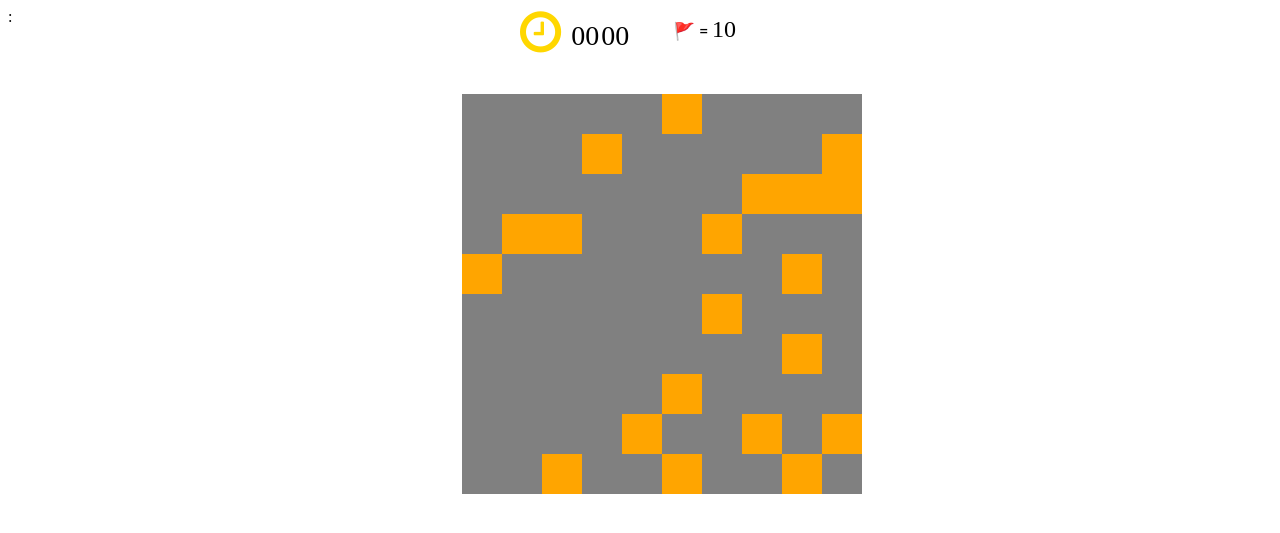
Repository: issaRan/MineSweeper
Page: html/index.html
These files come from the project's save history. The page is drawn as it stood at one moment and after the next save; the edit follows.
The browser window is 1280 px wide. The pictures show the whole page.

Above is the page before, as saved 2020-10-23 17:25:27.

### html/index.html
<!DOCTYPE html>
<html lang="en">
<head>
    <meta charset="UTF-8">
    <meta name="viewport" content="width=device-width, initial-scale=1.0">
    <title>MineSweeper</title>
    <link rel="stylesheet" href="../css/styles.css">
    <link rel="stylesheet" href="https://cdnjs.cloudflare.com/ajax/libs/font-awesome/4.7.0/css/font-awesome.min.css">
    <script src="../js/index.js" charset="utf-8"></script>
</head>
<body>
  <div class="flags">🚩 = </div><div class="numOfFlag">10</div>
  <div class="grid"></div>
  <i class="fa fa-clock-o" ></i>
  <label id="minutes">00</label><label id="points">:</label><label id="seconds">00</label>
</body>
</html>

### css/styles.css
.grid {
    height: 400px;
    width: 400px;
    display: flex;
    flex-wrap: wrap;
    background-color: grey;
    position: absolute;
    top: 20%;
    left: 40%;
    margin-top: -50px;
    margin-left: -50px;
    border:1px solid 1px
}
h1{
    position: absolute;
    text-align: center;
}
.fa.fa-clock-o{
    position: absolute;
    font-size:48px;
    margin-left: 40%;
    color:rgb(255,215,0)
}
.grid div {
    border: 5px;
    border-color: #f5f3eb;
    box-sizing: border-box;
    height: 40px;
    width: 40px;
}
.numOfFlag{
    position: absolute;
    margin-left: 55%;
    margin-top: 0.6%;
    font-size: 24px;
}
.flags {
    font-size: larger;
    margin-left: 52%;
    margin-top: 11px;
    position: absolute;
    background-color: #ffffff;
    color: #000000;
    font-family: "Roboto", sans-serif;
    font-size: 17px;
    text-align: center;
    line-height: 1.5em;
}
.bomb {
    background-color: orange;
}
.checked{
    background-color: red;
}
#minutes{
    margin-left: 44%;
    position: absolute;
    top: 20px;
    font-size: 28px;
}
#seconds{
    margin-left: 46%;
    position: absolute;
    top: 20px;
    font-size: 28px;
}
#points{
}

### js/index.js
document.addEventListener('DOMContentLoaded',()=>{
    const grid = document.querySelector('.grid')
    let width = 10
    let flag = 10
    let squares = []
    let isGameOver = false
    let bombAamount = 20
    function createBoard(){
        const bombArray = Array(bombAamount).fill('bomb')
        const emptyArray = Array(width*width - bombAamount).fill('valid')
        const gameArray = emptyArray.concat(bombArray)
        const shuffledArray = gameArray.sort(()=> Math.random() -0.5)
        for(let i = 0; i < width*width;i++){
            const sqaure = document.createElement('div')
            sqaure.setAttribute('id',i)
            sqaure.classList.add(shuffledArray[i])
            grid.appendChild(sqaure)
            squares.push(sqaure)
            sqaure.addEventListener('click',(e)=>{
                click(sqaure)
            })
            sqaure.oncontextmenu = function(e){
                e.preventDefault()
                addFlag(sqaure)
            }
        }
        for (let i = 0; i < squares.length; i++) {
            let total = 0
            const isLeftEdge = (i % width === 0)
            const isRightEdge = (i % width === width -1)

            if (squares[i].classList.contains('valid')) {
              if (i > 0 && !isLeftEdge && squares[i -1].classList.contains('bomb')) total ++
              if (i > 9 && !isRightEdge && squares[i + 1 -width].classList.contains('bomb')) total ++
              if (i > 10 && squares[i -width].classList.contains('bomb')) total ++
              if (i > 11 && !isLeftEdge && squares[i -1 -width].classList.contains('bomb')) total ++
              if (i < 98 && !isRightEdge && squares[i +1].classList.contains('bomb')) total ++
              if (i < 90 && !isLeftEdge && squares[i -1 +width].classList.contains('bomb')) total ++
              if (i < 88 && !isRightEdge && squares[i +1 +width].classList.contains('bomb')) total ++
              if (i < 89 && squares[i +width].classList.contains('bomb')) total ++
              squares[i].setAttribute('data', total)
            }
        }
    }
    createBoard()
    function click(square){
        let currentId = square.id
        if(isGameOver) return
        if(square.classList.contains('checked') || square.classList.contains('flag')){
            return
        }
        if(square.classList.contains('bomb')){
            gameOver(square)
        }else{
            let total = square.getAttribute('data')
            if(total != 0){
                square.classList.add('checked')
                square.innerHTML = total
                return
            }
            checkSquare(square,currentId)
        }
        square.classList.add('checked')

    }
    function checkSquare(square,currentId){
        const isLeftEdge = (currentId % width === 0)
        const isRightEdge = (currentId % width === width -1)
        setTimeout(()=>{
            if (currentId > 0 && !isLeftEdge) {
                const newId = squares[parseInt(currentId) -1].id
                //const newId = parseInt(currentId) - 1   ....refactor
                const newSquare = document.getElementById(newId)
                click(newSquare)
              }
              if (currentId > 9 && !isRightEdge) {
                const newId = squares[parseInt(currentId) +1 -width].id
                //const newId = parseInt(currentId) +1 -width   ....refactor
                const newSquare = document.getElementById(newId)
                click(newSquare)
              }
              if (currentId > 10) {
                const newId = squares[parseInt(currentId -width)].id
                const newSquare = document.getElementById(newId)
                click(newSquare)
              }
              if (currentId > 11 && !isLeftEdge) {
                const newId = squares[parseInt(currentId) -1 -width].id

                const newSquare = document.getElementById(newId)
                click(newSquare)
              }
              if (currentId < 98 && !isRightEdge) {
                const newId = squares[parseInt(currentId) +1].id
                const newSquare = document.getElementById(newId)
                click(newSquare)
              }
              if (currentId < 90 && !isLeftEdge) {
                const newId = squares[parseInt(currentId) -1 +width].id
                const newSquare = document.getElementById(newId)
                click(newSquare)
              }
              if (currentId < 88 && !isRightEdge) {
                const newId = squares[parseInt(currentId) +1 +width].id
                const newSquare = document.getElementById(newId)
                click(newSquare)
              }
              if (currentId < 89) {
                const newId = squares[parseInt(currentId) +width].id
                const newSquare = document.getElementById(newId)
                click(newSquare)
              }
        },10)
    }
    function gameOver(square){
        console.log("Boom !")
        isGameOver = true
        squares.forEach(square=> {
            if(square.classList.contains('bomb')){
                square.innerHTML = '💣'
            }
        })
    }
    function addFlag(square){
        if(isGameOver) return
        if(!square.classList.contains('checked') && (flag >= 0)) {
            var c = document.querySelector('.numOfFlag')
            if(!square.classList.contains('flag')){
                square.classList.add('flag')
                square.innerHTML = ' 🚩'
                checkForWin()
                flag--;
                c.textContent = flag
            }else{
                square.classList.remove('flag')
                square.innerHTML = ''
                flag++;
                c.textContent = flag
            }
        }
    }
    function checkForWin(){
        let matches = 0
        for(let i = 0; i < squares.length;i++){
            if(squares[i].classList.contains('flag') && squares[i].classList.contains('bomb')){
                matches++
            }
            if(matches == bombAamount){
                isGameOver = true
                console.log('You Win !')
            }
        }
    }
})

After the next save:
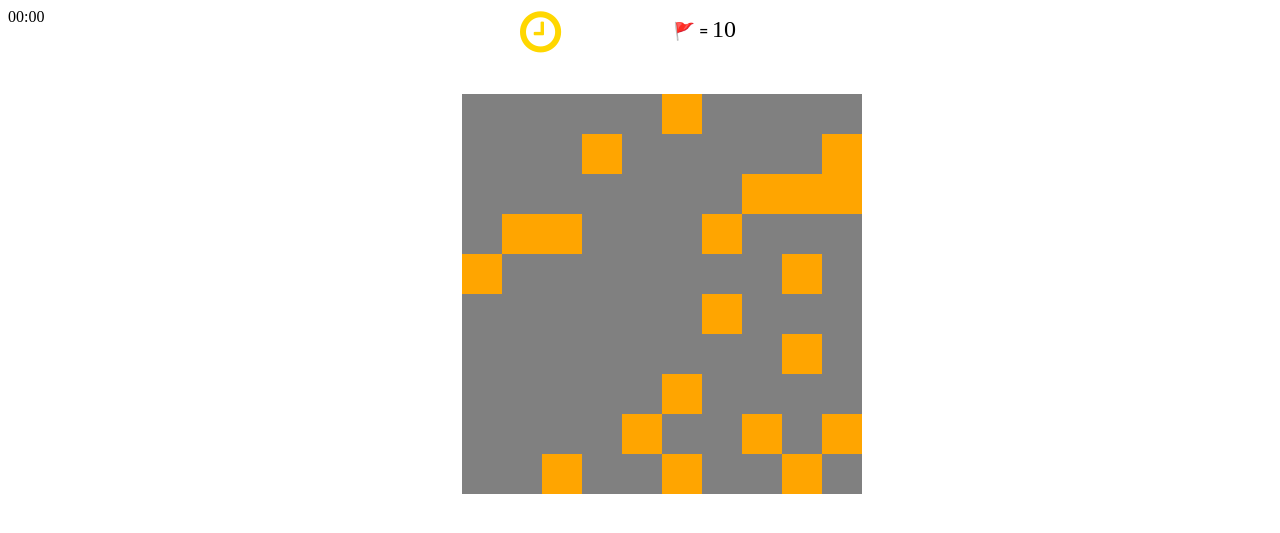
Saved 73 s later.
--- a/html/index.html
+++ b/html/index.html
@@ -12,6 +12,6 @@
   <div class="flags">🚩 = </div><div class="numOfFlag">10</div>
   <div class="grid"></div>
   <i class="fa fa-clock-o" ></i>
-  <label id="minutes">00</label><label id="points">:</label><label id="seconds">00</label>
+  <label class="minutes">00</label><label class="points">:</label><label class="seconds">00</label>
 </body>
 </html>
